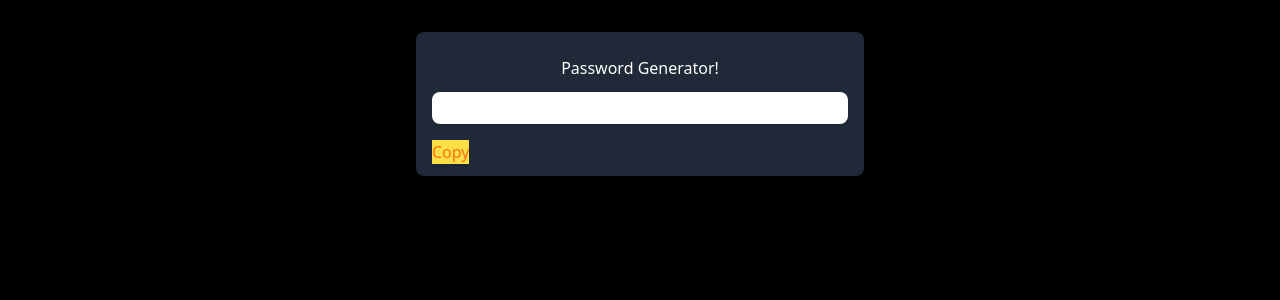
Repository: tirth2014/chai-aur-react
Page: / (app in 05_password-generator/)
These files come from the project's save history. The page is drawn as it stood at one moment and after the next save; the edit follows.
The browser window is 1280 px wide. The pictures show the whole page.
The project was rebuilt for these pictures with package versions that can differ from the ones it lists, and the page was loaded fresh each time. Also part of the build but not shown: 05_password-generator/vite.config.js.

Above is the page before, as saved 2023-10-07 16:43:11.

### 05_password-generator/src/App.jsx
import { useState } from 'react'

function App() {

  const [password, setPassword] = useState('');
  const [length, setLength] = useState(6);
  const [isNum, setIsNum] = useState(false);
  const [isSpecialChar, setisSpecialChar] = useState(false);



  return (
    <>
    <div className="w-full max-w-md mx-auto shadow-md rounded-lg px-4 py-3 my-8 bg-gray-800 text-orange-500">
        <h1 className='text-white text-center my-3'>Password Generator!</h1>
        <div className='flex shadow rounded-lg overflow-hidden mb-4'>
          <input
          type="text"
          value={password}
          className='outline-none w-full py-1 px-3'
          />
        </div>
        <button className='shadow bg-yellow-300'>Copy</button>
      </div>
    </>
  )
}

export default App

Loaded but not shown: 05_password-generator/index.html (common file); 05_password-generator/src/main.jsx (common file); 05_password-generator/src/index.css (common file); 05_password-generator/tailwind.config.js (common file)

After the next save:
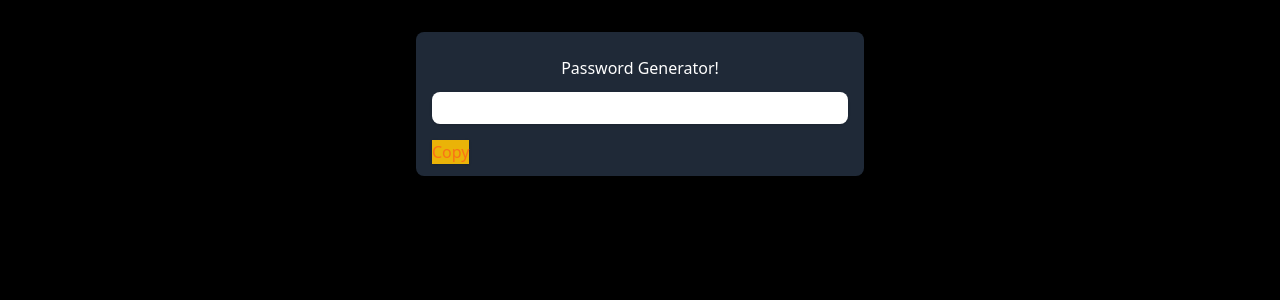
Saved 4 s later.
--- a/05_password-generator/src/App.jsx
+++ b/05_password-generator/src/App.jsx
@@ -20,7 +20,7 @@ function App() {
           className='outline-none w-full py-1 px-3'
           />
         </div>
-        <button className='shadow bg-yellow-300'>Copy</button>
+        <button className='shadow bg-yellow-500'>Copy</button>
       </div>
     </>
   )
